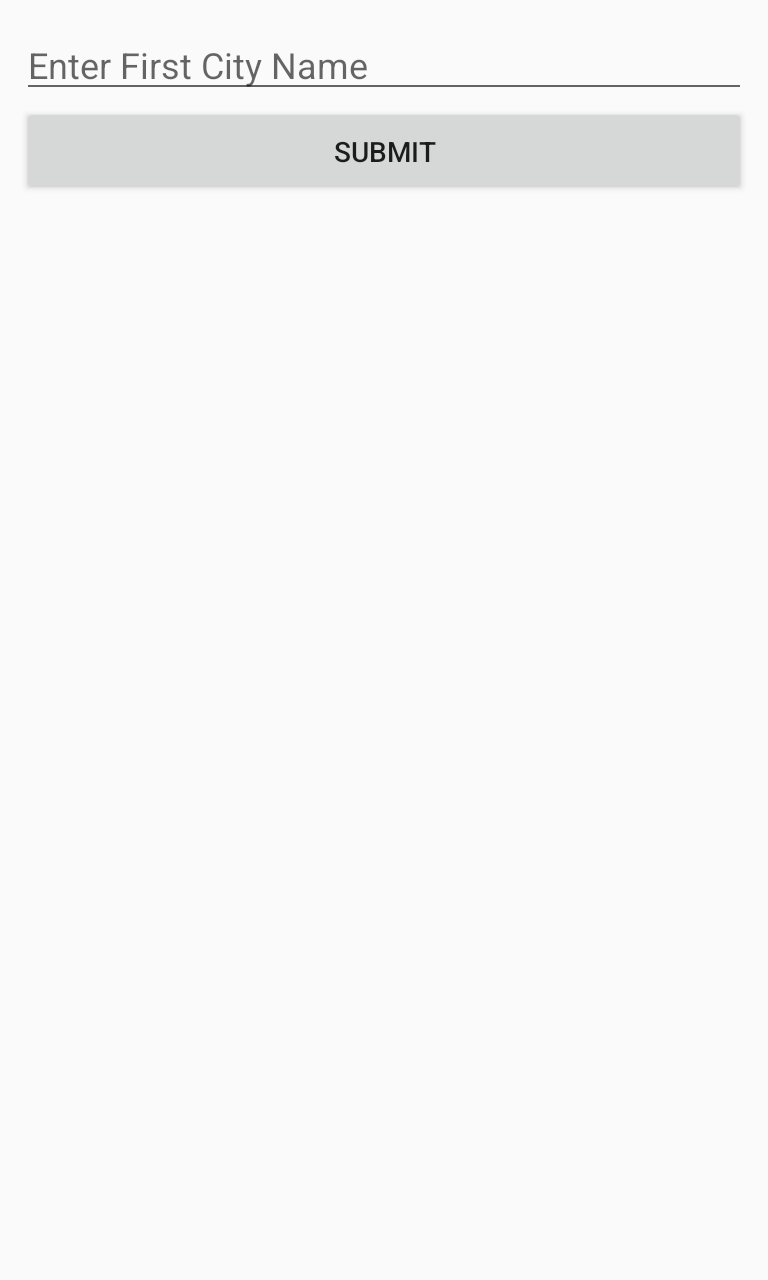
Repository: bhameamit/LeftShiftTask
Layout: LeftShiftTask/LeftShiftTak/res/layout/activity_main.xml
An editor plug-in stored every save of this project. The layout is shown before and after the next save, followed by the edit.
It is drawn on a 768 x 1280 px phone screen (xhdpi) without system bars, with theme AppTheme; the app's code is not run.

Above is the layout before, as saved 2015-02-19 20:39:39.

### LeftShiftTask/LeftShiftTak/res/layout/activity_main.xml
<LinearLayout xmlns:android="http://schemas.android.com/apk/res/android"
    xmlns:tools="http://schemas.android.com/tools"
    android:layout_width="match_parent"
    android:layout_height="match_parent"
    tools:context="com.example.leftshifttak.MainActivity"
    android:padding="10dp"
    android:orientation="vertical" >

    <EditText
        android:id="@+id/city1"
        android:layout_width="match_parent"
        android:layout_height="wrap_content"
        android:hint="Enter First City Name" />

    <Button
        android:id="@+id/send_city"
        android:layout_width="match_parent"
        android:layout_height="wrap_content"
        android:text="Submit"/>

</LinearLayout>

Loaded but not shown: LeftShiftTask/LeftShiftTak/res/values/styles.xml (common file); LeftShiftTask/LeftShiftTak/res/values-v11/styles.xml (common file); LeftShiftTask/LeftShiftTak/res/values-v14/styles.xml (common file)

After the next save:
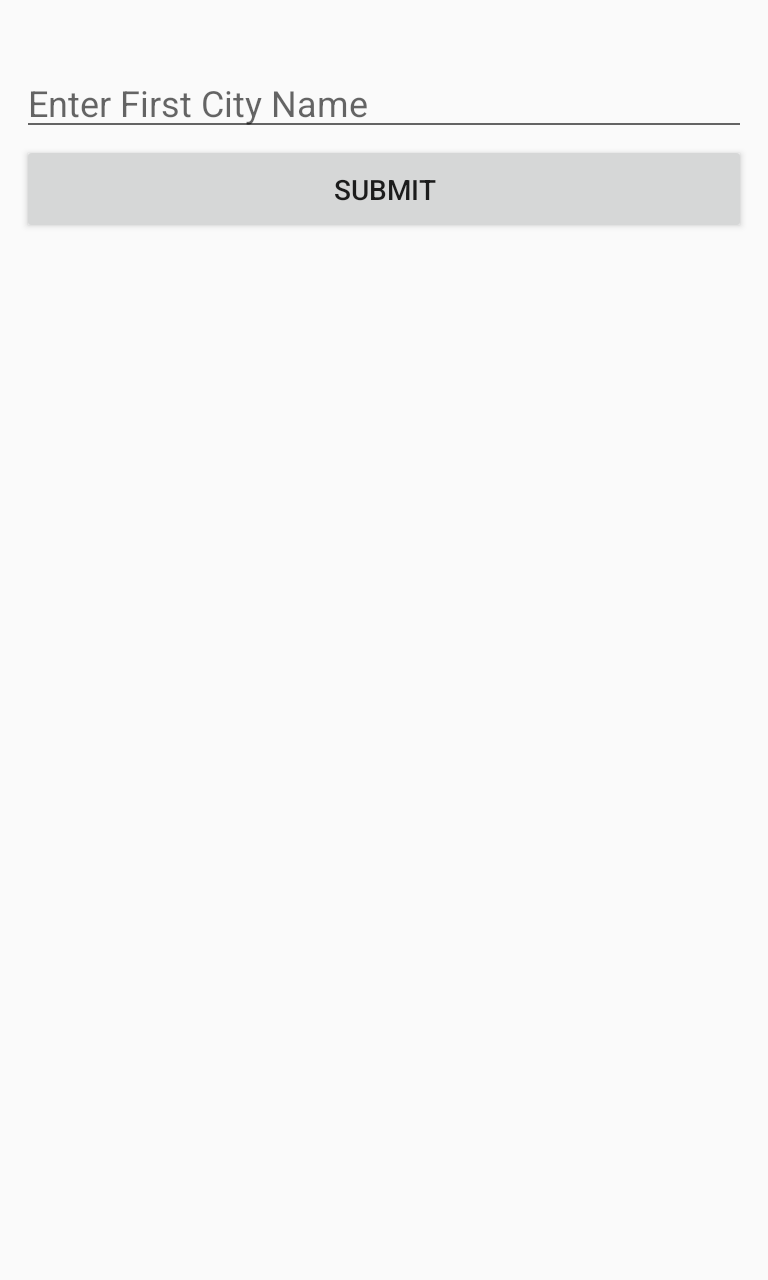
Saved 27 s later.
--- a/LeftShiftTask/LeftShiftTak/res/layout/activity_main.xml
+++ b/LeftShiftTask/LeftShiftTak/res/layout/activity_main.xml
@@ -5,6 +5,11 @@
     tools:context="com.example.leftshifttak.MainActivity"
     android:padding="10dp"
     android:orientation="vertical" >
+
+    <TextView
+        android:layout_width="match_parent"
+        android:layout_height="wrap_content"
+        android:textColor="@android:color/black"/>
 
     <EditText
         android:id="@+id/city1"
